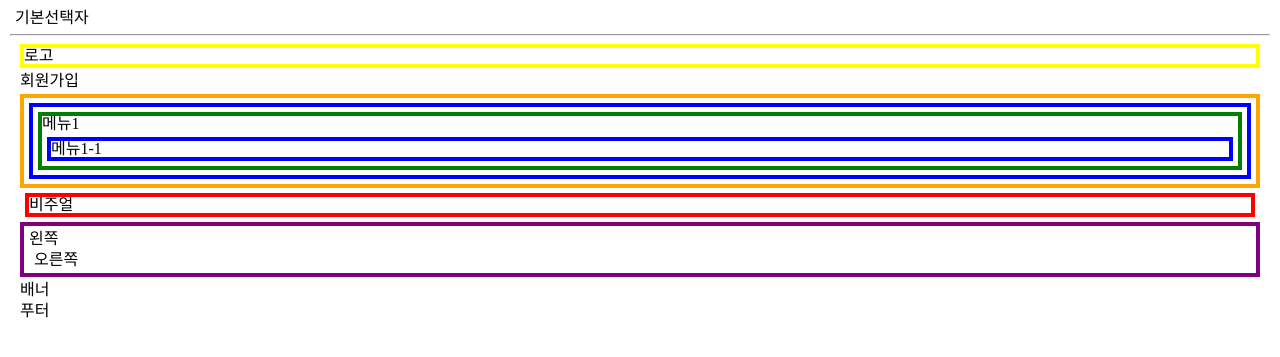
Repository: kimjoohye/study_WEB
Page: workspace/studyhtml5/WebContent/jq/jq01/jq01.html
The author's editor kept a copy of each file at every save. The page is drawn from the files as they stood at one save, then again after the next save.
The browser window is 1280 px wide. The pictures show the whole page.

Above is the page before, as saved 2022-05-10 01:18:31.

### workspace/studyhtml5/WebContent/jq/jq01/jq01.html
<!DOCTYPE html>
<html>
<head>
<meta name="viewport" content="width=device-width,initial-scale=1.0">
<meta charset="UTF-8">
<link rel="shortcut icon" type="image/x-icon" href="/studyhtml5/favicon.ico">
<!--reset 스타일시트 -->
<link rel="stylesheet" type="text/css" href="/studyhtml5/asset/css/reset.css">
<!--스타일 시트 -->
<style type="text/css">
</style>

<title>Insert title here</title>

<!-- jquery -->
<script type="text/javascript" src="/studyhtml5/asset/js/jquery-1.12.4.js"></script>
<!--자바스크립트 코드 -->
<script type="text/javascript">
	$(document).ready(function(){
	    console.log('document');
	    $('p').css('border', '4px solid red'); /* 태그 선택자 */
	    $('#gnb').css('border', '4px solid orange'); /* id 선택자 */
	    $('.logo').css('border', '4px solid yellow'); /* 클래스 선택자 */

	    $("#gnb > ul > li").css('border', '4px solid green'); /* 자식 선택자 */
	    $("#gnb ul").css('border', '4px solid blue'); /* 하위 선택자 */


	    /* 인접선택자 '+' */
	    $("#visual+div").css('border', '4px solid purple');
	});
</script>
</head>
<body>
   <h2>기본선택자</h2>
   <hr/>

   <header id="header">
    <div class="logo">로고</div>
    <div class="util">회원가입</div>

    <nav id="gnb">
      <ul>
        <li>메뉴1
          <ul>메뉴1-1</ul>
        </li>
      </ul>
    </nav>

    <div id="visual">
      <p>비주얼</p>
    </div>


    <div id="content">
      <div class="left">왼쪽</div>
      <div class="right">
        <div class="util">오른쪽</div>
      </div>
    </div>

    <div id="banner">배너</div>
    <footer id="footer">푸터</footer>
   </header>

</body>
</html>

### workspace/studyhtml5/WebContent/asset/css/reset.css
@charset "UTF-8";
/* http://meyerweb.com/eric/tools/css/reset/
   v2.0 | 20110126
   License: none (public domain)
*/
html, body, div, span, applet, object, iframe,
h1, h2, h3, h4, h5, h6, p, blockquote, pre,
a, abbr, acronym, address, big, cite, code,
del, dfn, em, img, ins, kbd, q, s, samp,
small, strike, strong, sub, sup, tt, var,
b, u, i, center,
dl, dt, dd, ol, ul, li,
fieldset, form, label, legend,
table, caption, tbody, tfoot, thead, tr, th, td,
article, aside, canvas, details, embed,
figure, figcaption, footer, header, hgroup,
menu, nav, output, ruby, section, summary,
time, mark, audio, video {
    margin: 5px;
    padding: 0;
    border: 0;
    font-size: 100%;
    font: inherit;
    vertical-align: baseline;
}
/* HTML5 display-role reset for older browsers */
article, aside, details, figcaption, figure,
footer, header, hgroup, menu, nav, section {
    display: block;
}
body {
    line-height: 1;
}
ol, ul {
    list-style: none;
}
blockquote, q {
    quotes: none;
}
blockquote:before, blockquote:after,
q:before, q:after {
    content: '';
    content: none;
}
table {
    border-collapse: collapse;
    border-spacing: 0;
}

Loaded but not shown: workspace/studyhtml5/WebContent/asset/js/jquery-1.12.4.js (library)

After the next save:
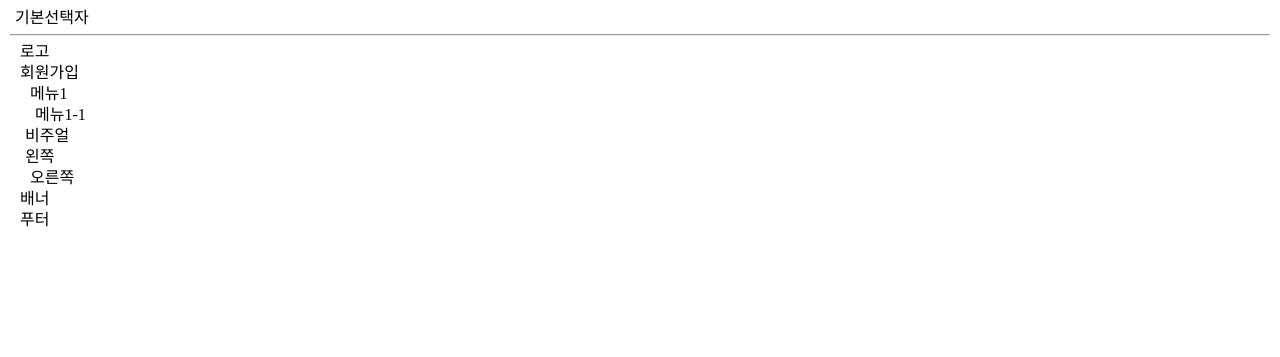
Console error: SyntaxError: missing ) after argument list
Saved 15 s later.
--- a/workspace/studyhtml5/WebContent/jq/jq01/jq01.html
+++ b/workspace/studyhtml5/WebContent/jq/jq01/jq01.html
@@ -27,7 +27,7 @@
 
 
 	    /* 인접선택자 '+' */
-	    $("#visual+div").css('border', '4px solid purple');
+	    $(''#visual+content').css('border', '4px solid purple');
 	});
 </script>
 </head>

After the save that followed:
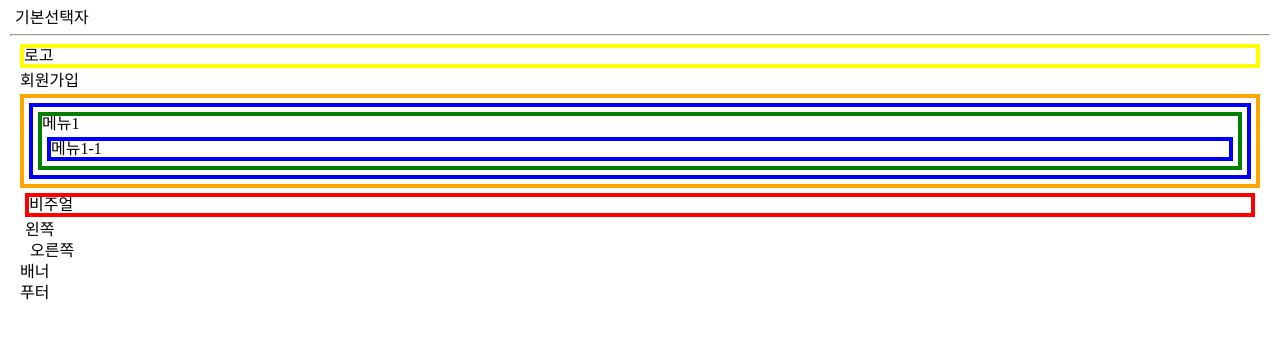
The error is gone.
Saved 22 s later.
--- a/workspace/studyhtml5/WebContent/jq/jq01/jq01.html
+++ b/workspace/studyhtml5/WebContent/jq/jq01/jq01.html
@@ -27,7 +27,7 @@
 
 
 	    /* 인접선택자 '+' */
-	    $(''#visual+content').css('border', '4px solid purple');
+	    $('#visual+content').css('border', '4px solid purple');
 	});
 </script>
 </head>
